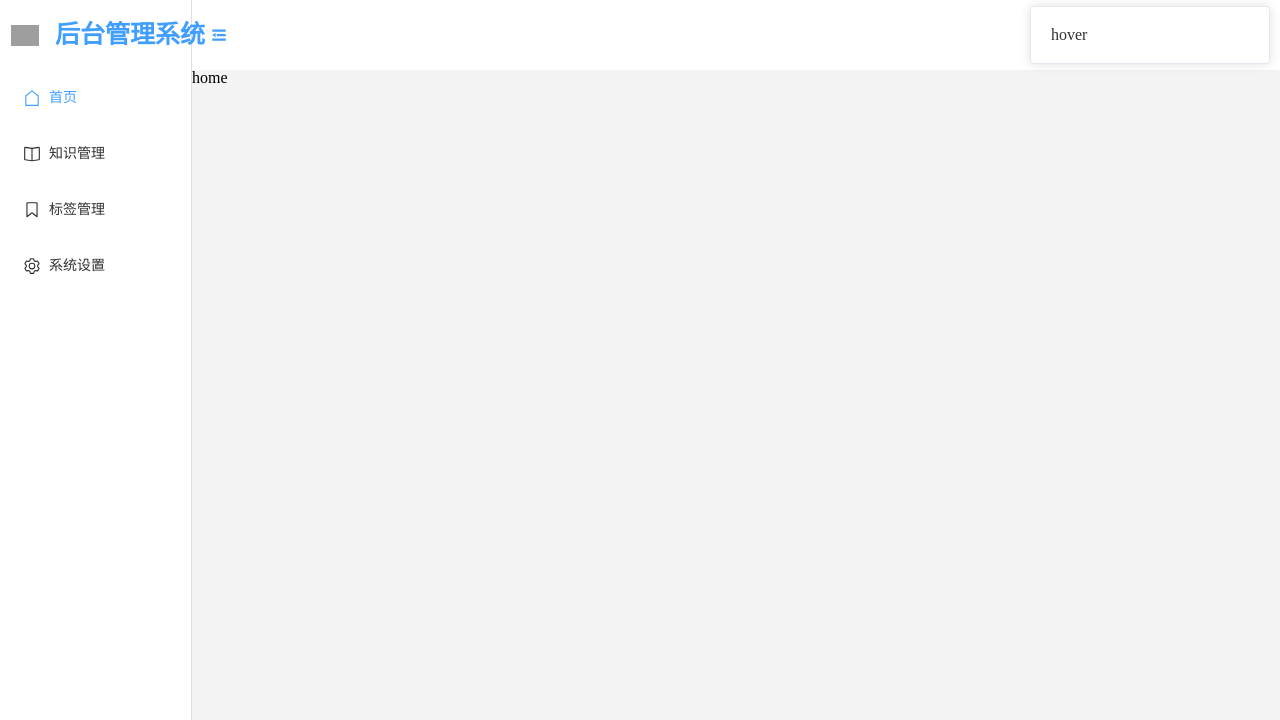
Repository: serrrN/admin
Page: /
These files come from the project's save history. The page is drawn as it stood at one moment and after the next save; the edit follows.
The browser window is 1280 px wide. The pictures show the whole page.
Pictures or frames that could not be fetched are drawn as grey boxes. The project was rebuilt for these pictures with package versions that can differ from the ones it lists, and the page was loaded fresh each time. Also part of the build but not shown: vite.config.ts, src/styles/index.scss.

Above is the page before, as saved 2024-06-05 16:10:43.

### src/main.ts
import { createApp } from 'vue'
import App from './App.vue'
import ElementPlus from 'element-plus'
import zhCn from 'element-plus/es/locale/lang/zh-cn'
import * as ElementPlusIconsVue from '@element-plus/icons-vue'
import router from './router'
import 'reset-css'
import './styles/index.scss'
import pinia from '@/store/index'
const app = createApp(App)
for (const [key, component] of Object.entries(ElementPlusIconsVue)) {
  app.component(key, component)
}
app.use(pinia)
app.use(ElementPlus, { locale: zhCn })
app.use(router)
app.mount('#app')

### src/App.vue
<script setup lang="ts"></script>

<template>
  <router-view></router-view>
</template>

<style>
* {
  box-sizing: border-box;
}
#app,
html,
body {
  width: 100%;
  height: 100%;
}
</style>

### src/router/index.ts
import { createRouter, createWebHistory } from 'vue-router'
import routes from './routes'
const router = createRouter({
  history: createWebHistory(),
  routes,
})
export default router

### src/router/routes.ts
const routes = [
  {
    path: '/',
    name: 'home',
    redirect: '/home',
    component: () => import('@/layout/index.vue'),
    children: [
      {
        path: '/home',
        component: () => import('@/views/home/index.vue'),
      },
      {
        path: '/knowledgeManage',
        component: () => import('@/views/knowledgeManage/index.vue'),
      },
      {
        path: '/tagManage',
        component: () => import('@/views/tagManage/index.vue'),
      },
      {
        path: "/systemSetting",
        component:()=>import("@/views/systemSetting/index.vue")
      }
    ],
  },
]

export default routes

### src/styles/variable.scss
//主题色
$theme-color:rgb(64, 158, 255);

// 布局容器左边宽度
$layout-container-left-max-width:15%;

// 布局容器左边塌陷后宽度
$layout-container-left-min-width:3.79%;

// 布局容器头部高度
$layout-container-header-height:70px;

### src/layout/index.vue
<template>
  <div class="layout-container">
    <div :class="systemStore.isCollapse?'left left-collapse':'left'" >
      <Menu />
    </div>
    <div :class="systemStore.isCollapse?'right right-collapse':'right'">
      <div class="header"><Header /></div>
      <div class="main"><Main/></div>
    </div>
  </div>
</template>

<script lang="ts" setup>
import Menu from './menu/index.vue'
import Header from './header/index.vue'
import Main from './main/index.vue'

import {useSystemStore} from "@/store/modules/system"
const systemStore = useSystemStore()
</script>

<style scoped lang="scss">
.layout-container {
  width: 100%;
  height: 100%;
  display: flex;
  background-color: #f3f3f3;
  .left {
    height: 100%;
    width: $layout-container-left-max-width;
    transition: all linear 0.5s;
  }
  .left-collapse{
    width:$layout-container-left-min-width;
  }
  .right {
    width: calc(100% - $layout-container-left-max-width);
    transition: all linear 0.5s;
    .header {
      width: 100%;
      height: $layout-container-header-height;
      display: flex;
      justify-content:flex-end;
      background-color: white;
    }
    .main {
      height: calc(100% - $layout-container-header-height);
      width: calc(100%);
    }
  }
  .right-collapse{
    width:calc(100% - $layout-container-left-min-width);
  }

}
</style>

### src/views/home/index.vue
<template>
home
</template>
<script setup lang="ts">

</script>
<style lang="scss" scoped>

</style>

### src/layout/menu/index.vue
<template>
  <el-menu
    default-active="home"
    :class="systemStore.isCollapse?'el-menu-vertical-collapse':'el-menu-vertical'"
    :collapse="systemStore.isCollapse"
    :router="true"
    collapse-transition
    @open="handleOpen"
    @close="handleClose"
  >
    <div class="header">
      <div class="manage-msg" v-show="!systemStore.isCollapse">
        <div class="logo-wrapped">
          <img src="/vite.svg" class="logo" alt="Vite logo" />
        </div>
        <div class="name">后台管理系统</div>
      </div>
      <div class="fold-icon-wrapped" @click="handleCollapse">
        <el-icon size="18" color="rgb(64, 158, 255)">
          <component :is="systemStore.isCollapse?'Expand':'Fold'"></component>
        </el-icon>
      </div>
    </div>

    <el-menu-item index="home">
      <el-icon><House /></el-icon>
      <template #title>首页</template>
    </el-menu-item>
    <el-menu-item index="knowledgeManage">
      <el-icon><reading /></el-icon>
      <template #title>知识管理</template>
    </el-menu-item>
    <el-menu-item index="tagManage">
      <el-icon><CollectionTag /></el-icon>
      <template #title>标签管理</template>
    </el-menu-item>
    <el-menu-item index="systemSetting">
      <el-icon><setting /></el-icon>
      <template #title>系统设置</template>
    </el-menu-item>
  </el-menu>
</template>

<script lang="ts" setup>
import {useSystemStore} from "@/store/modules/system"
const systemStore = useSystemStore()

const handleOpen = (key: string, keyPath: string[]) => {
  console.log(key, keyPath)
}
const handleClose = (key: string, keyPath: string[]) => {
  console.log(key, keyPath)
}
const handleCollapse = () => {
  systemStore.isCollapse = !systemStore.isCollapse

}
</script>

<style lang="scss" scoped>
.el-menu {
  height: 100%;
  // 管理系统菜单头部(展示名字和logo)
  .header {
    display: flex;
    height: 70px;
    line-height: 70px;
    justify-content: space-between;
    transition: all 1s;
    //管理系统信息
    .manage-msg {
      display: flex;
      // logo容器
      .logo-wrapped {
        line-height: 50px;
        height: 100%;
        display: flex;
        align-items: center;
        justify-content: center;
        width: 50px;
        .logo {
          width: 28px;
        }
      }
      // 管理系统名称
      .name {
        text-align: center;
        font-size: 25px;
        width: 160px;
        color: $theme-color;
        font-weight: 600;
      }
    }

    // 折叠图标容器
    .fold-icon-wrapped {
      width: 100%;
      display: flex;
      align-items: center;
      justify-content: center;
    }
  }

  //菜单名称
  .el-menu-item span {
    color: rgb(48, 49, 51);
    font-weight: 400;
    font-size: 17px;
    line-height: 56px;
    font-family: 'Helvetica Neue', Helvetica, 'PingFang SC', 'Hiragino';
  }
}
// 菜单不处于塌陷状态
.el-menu-vertical:not(.el-menu--collapse) {
  width: 100%;
  min-height: 100%;
  min-width: 20%;
}


</style>

### src/layout/header/index.vue
<template>
  <Menu/>
</template>
<script setup lang="ts">
// import Tabs from './tabs/index.vue'
import Menu from './menu/index.vue'
</script>
<style lang="scss" scoped></style>

### src/layout/main/index.vue
<template>
  <router-view></router-view>
</template>
<script setup lang="ts"></script>
<style lang="scss" scoped></style>

### src/store/modules/system.ts
import { defineStore } from 'pinia'
import { ref } from 'vue'
export const useSystemStore = defineStore('system', () => {
  const isCollapse = ref(false)

  return { isCollapse }
})

### src/layout/header/menu/index.vue
<template>
  <div class="header-menu">
    <el-card style="width: 240px">hover</el-card>
  </div>
</template>
<script setup lang="ts"></script>
<style lang="scss" scoped>
.header-menu {
  display: flex;
  justify-content: center;
  align-items: center;
  margin-right: 10px;
  cursor: pointer;
}
</style>

Loaded but not shown: index.html (common file); src/store/index.ts (common file)

After the next save:
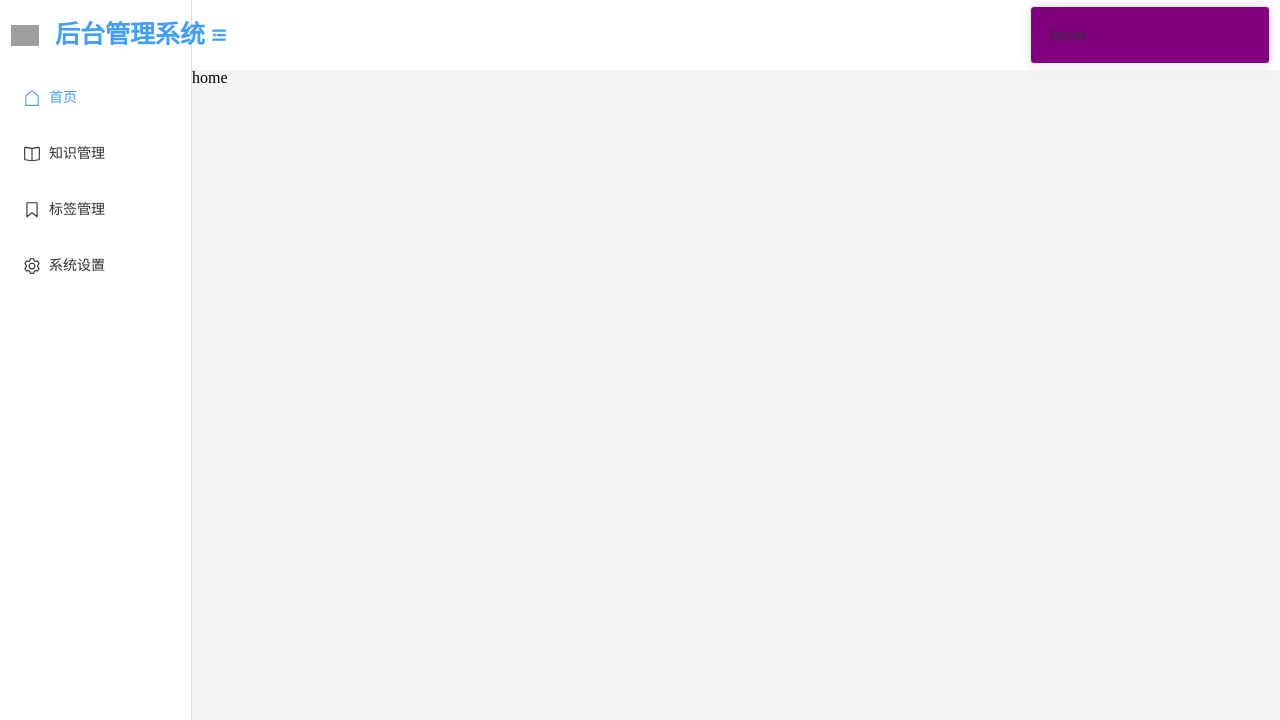
Saved 29 s later.
--- a/src/layout/header/menu/index.vue
+++ b/src/layout/header/menu/index.vue
@@ -11,5 +11,8 @@
   align-items: center;
   margin-right: 10px;
   cursor: pointer;
+  .el-card{
+    background-color: purple;
+  }
 }
 </style>

After the save that followed:
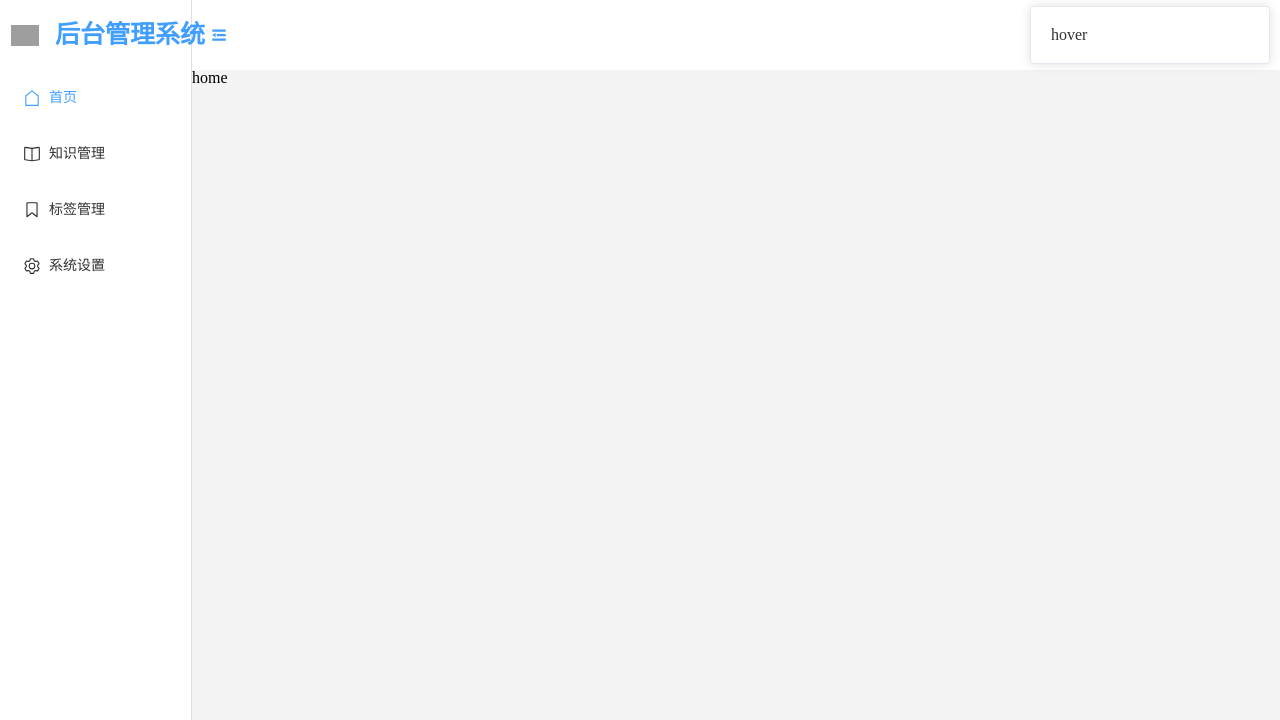
Saved 27 s later.
--- a/src/layout/header/menu/index.vue
+++ b/src/layout/header/menu/index.vue
@@ -12,7 +12,10 @@
   margin-right: 10px;
   cursor: pointer;
   .el-card{
-    background-color: purple;
+    ::before{
+      content: "";
+
+    }
   }
 }
 </style>
